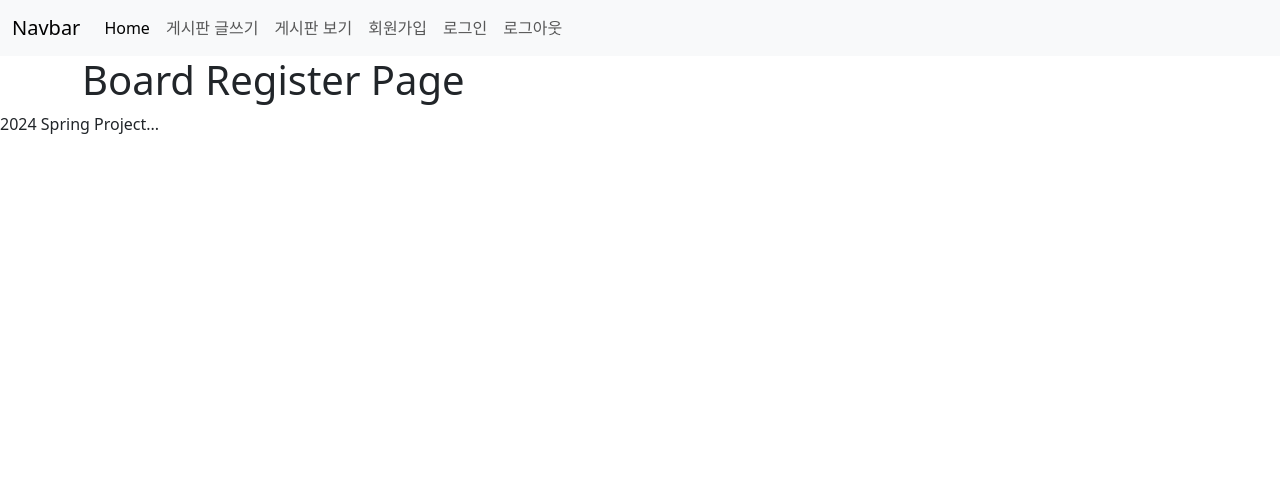
Repository: leegangjin/springTest240430
Page: http://localhost/spring_study/WEB-INF/views/member/register.jsp
An editor plug-in stored every save of this project. The page is shown before and after the next save, followed by the edit.
The browser window is 1280 px wide. The pictures show the whole page.
The page is served by Tomcat 9. Nobody is signed in. The template is opened directly, without the code that normally fills it, so the values that code supplies are empty.

Above is the page before, as saved 2024-04-25 05:49:28.

### spring_study/src/main/webapp/WEB-INF/views/member/register.jsp
<%@ page language="java" contentType="text/html; charset=UTF-8"
    pageEncoding="UTF-8"%>

    <jsp:include page="../layout/header.jsp" />
  <div class="container-md">
	<h1>Board Register Page</h1>
	</div>
	 <jsp:include page="../layout/footer.jsp" />

### spring_study/src/main/webapp/WEB-INF/views/layout/header.jsp
<%@ page language="java" contentType="text/html; charset=UTF-8"
    pageEncoding="UTF-8"%>
<!DOCTYPE html>
<html>
<head>
<meta charset="UTF-8">
<title>header.jsp</title>
</head>
<link href="https://cdn.jsdelivr.net/npm/bootstrap@5.3.3/dist/css/bootstrap.min.css" rel="stylesheet" integrity="sha384-QWTKZyjpPEjISv5WaRU9OFeRpok6YctnYmDr5pNlyT2bRjXh0JMhjY6hW+ALEwIH" crossorigin="anonymous">
<script src="https://cdn.jsdelivr.net/npm/bootstrap@5.3.3/dist/js/bootstrap.bundle.min.js" integrity="sha384-YvpcrYf0tY3lHB60NNkmXc5s9fDVZLESaAA55NDzOxhy9GkcIdslK1eN7N6jIeHz" crossorigin="anonymous"></script>
<body>
<nav class="navbar navbar-expand-lg bg-body-tertiary">
  <div class="container-fluid">
    <a class="navbar-brand" href="#">Navbar</a>
    <button class="navbar-toggler" type="button" data-bs-toggle="collapse" data-bs-target="#navbarSupportedContent" aria-controls="navbarSupportedContent" aria-expanded="false" aria-label="Toggle navigation">
      <span class="navbar-toggler-icon"></span>
    </button>
    <div class="collapse navbar-collapse" id="navbarSupportedContent">
      <ul class="navbar-nav me-auto mb-2 mb-lg-0">
        <li class="nav-item">
          <a class="nav-link active" aria-current="page" href="#">Home</a>
        </li>
        <li class="nav-item">
          <a class="nav-link" href="/board/register">게시판 글쓰기</a>
        </li>
        <li class="nav-item">
          <a class="nav-link" href="/board/list">게시판 보기</a>
        </li>
        <li class="nav-item">
          <a class="nav-link" href="#">회원가입</a>
        </li>
        <li class="nav-item">
          <a class="nav-link" href="#">로그인</a>
        </li>
        <li class="nav-item">
          <a class="nav-link" href="#">로그아웃</a>
        </li>
        </ul>
    </div>
  </div>
</nav>

### spring_study/src/main/webapp/WEB-INF/views/layout/footer.jsp
<%@ page language="java" contentType="text/html; charset=UTF-8"
	pageEncoding="UTF-8"%>
<!DOCTYPE html>
<html>
<head>
<meta charset="UTF-8">



<div class="mb-3" >2024 Spring Project...</div>
</body>
</html>

After the next save:
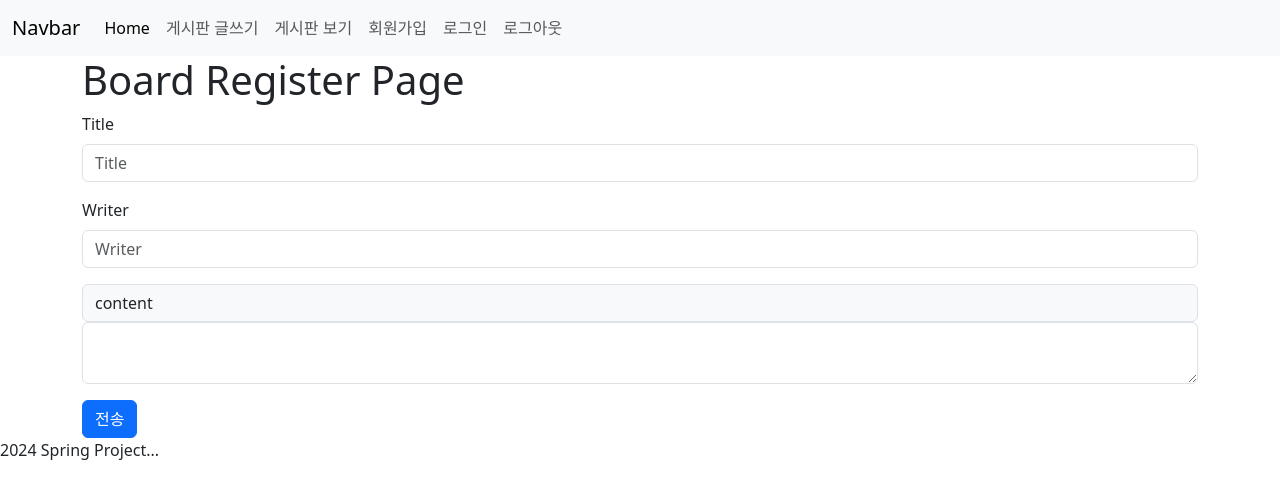
Saved 25 s later.
--- a/spring_study/src/main/webapp/WEB-INF/views/member/register.jsp
+++ b/spring_study/src/main/webapp/WEB-INF/views/member/register.jsp
@@ -4,5 +4,20 @@
     <jsp:include page="../layout/header.jsp" />
   <div class="container-md">
 	<h1>Board Register Page</h1>
+	<form action="/board/insert" method="post">
+  <div class="mb-3">
+  <label for="formGroupExampleInput" class="form-label">Title</label>
+  <input type="text" class="form-control" name="title" id="t" placeholder="Title">
+</div>
+<div class="mb-3">
+  <label for="formGroupExampleInput" class="form-label">Writer</label>
+  <input type="text" class="form-control" name="writer" id="w" placeholder="Writer">
+</div>
+<div class="mb-3">
+  <label class="input-group-text">content</label>
+  <textarea class="form-control" name="content" aria-label="With textarea"></textarea>
+</div>
+<button type="submit" class="btn btn-primary">전송</button>
+  </form>
 	</div>
 	 <jsp:include page="../layout/footer.jsp" />
